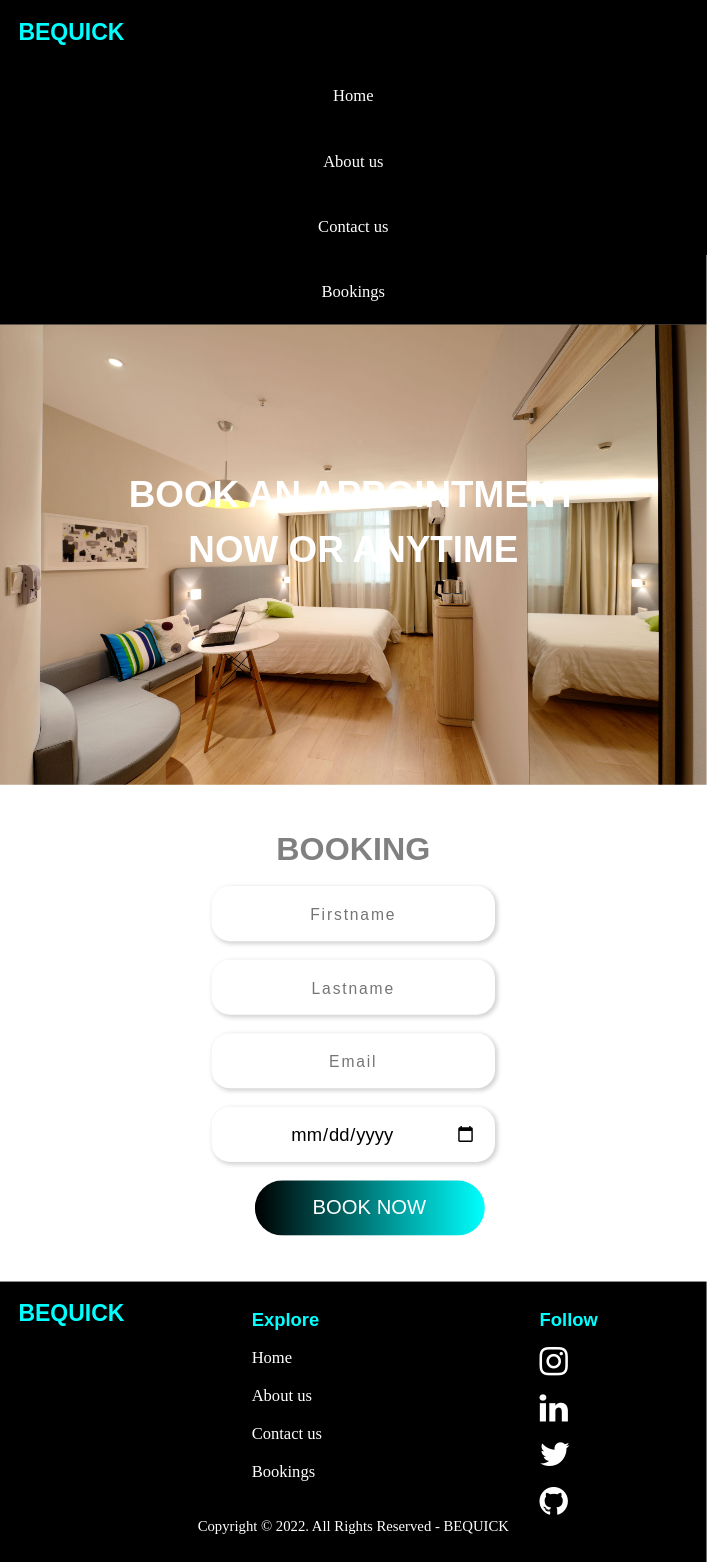
Repository: Ayushi6Sharma/BEQUICK_Hotel_Booking_Web
Page: html/booking.html
These files come from the project's save history. The page is drawn as it stood at one moment and after the next save; the edit follows.
The browser window is 768 px wide. The pictures show the whole page, at 92% of full size.

Above is the page before, as saved 2022-05-12 01:01:54.

### html/booking.html
<!DOCTYPE html>
<html lang="en">
<head>
    <meta charset="UTF-8">
    <meta http-equiv="X-UA-Compatible" content="IE=edge">
    <meta name="viewport" content="width=device-width, initial-scale=1.0">
    <link rel="stylesheet" href="https://stackpath.bootstrapcdn.com/font-awesome/4.7.0/css/font-awesome.min.css" integrity="sha384-wvfXpqpZZVQGK6TAh5PVlGOfQNHSoD2xbE+QkPxCAFlNEevoEH3Sl0sibVcOQVnN" crossorigin="anonymous">
    <link rel="stylesheet" href="../style/style.css">
    <link rel="stylesheet" href="../style/booking.css">
    <link rel="stylesheet" href="../style/mediaqueries.css">
    <title>Bookings</title>
</head>
<body>
    <main>
        <nav class="nav">
            <ul class="nav-list">
                <span class="logo">BEQUICK</span>
                <li><a href="../index.html">Home</a></li>
                <li><a href="aboutus.html">About us</a></li>
                <li><a href="contactus.html">Contact us</a></li>
                <li><a href="booking.html">Bookings</a></li>
            </ul>
        </nav>
        <!-- section 1  -->
        <section class="hotel-booking-image">
            <div class="hotel-main-image-content">
                BOOK AN APPOINTMENT
                <br>NOW OR ANYTIME
            </div>
        </section>

        <!--section 2  -->
        <section>
            <div class="bookingflex">
                <div class="form-heading">BOOKING
                    <div class="contact-form">
                        <form action="#" method="POST">
                            <label for="firstname"></label>
                            <input type="text" name="firstname" id="firstname" placeholder="Firstname" required>
                            <label for="lastname"></label>
                            <input type="text" name="lastname" id="lastname"  placeholder="Lastname" required>
                            <label for="email"></label>
                            <input type="text" name="email" id="email"  placeholder="Email" required>
                            <label for="date"></label>
                            <input type="date" name="date" id="date" min="2021-01-01" required>
                            <button type="submit" class="submit">BOOK NOW</button>
                        </form>
                    </div>
                </div>
            </div>
        </section>

        <!-- footer -->
        <footer>
            <div class="footer">
                <div class="logo" id="footer-logo">BEQUICK</div>
                <div class="footer-flex">
                    <!-- <div class="logo" id="footer-logo">BEQUICK</div> -->
                    <div class="footer-list">
                        <ul class="footer-list-1">
                            <div class="footer-list-heading">Explore</div>
                            <li><a href="../index.html">Home</a></li>
                            <li><a href="aboutus.html">About us</a></li>
                            <li><a href="contactus.html">Contact us</a></li>
                            <li><a href="booking.html">Bookings</a></li>
                        </ul>
                    </div>
                    <!-- <div class="footer-list">
                        <ul class="footer-list-2">
                            <div class="footer-list-heading">Legal</div>
                            <li>Terms</li>
                            <li>Privacy</li>
                        </ul>
                    </div> -->
                    <div class="footer-list">
                        <ul class="footer-list-3">
                            <div class="footer-list-heading">Follow</div>
                            <li>
                                <a href="#"><i class="fa fa-instagram fa-2x"></i></a>
                            </li>
                            <li>
                                <a href="#"><i class="fa fa-linkedin fa-2x"></i></a>
                            </li>
                            <li>
                                <a href="#"><i class="fa fa-twitter fa-2x"></i></a>
                            </li>
                            <li>
                                <a href="#"><i class="fa fa-github fa-2x"></i></a>
                            </li>
                        </ul>
                    </div>
                </div>
                <!-- copyright -->
                <div class="copyright">
                    Copyright &copy; 2022. All Rights Reserved - BEQUICK
                </div>
            </div>
        </footer>
    </main>
</body>
</html>

### style/style.css
*
{
    padding: 0px;
    margin: 0px;
    box-sizing: border-box;
}
/* nav */
.nav
{
    background-color: black;
}
.nav-list
{
    list-style-type:none;
    width: 100%;
    text-align: end;
}
.nav-list > li
{
    display: inline-block;
    padding: 25px;
    font-size: 18px;
}
.nav-list li a
{
    text-decoration: none;
    color:white;
}
.nav-list li a:hover
{
    color: aquamarine;
}
.logo
{
    padding: 20px;
    color:aqua;
    float: left;
    font:bolder 25px sans-serif;
}
/* section 1 */
/* main image */
.hotel-img-2
{
    width: 100%;
    height:500px;
}
.hotel-main-image
{
    background-image:url('../images/hotel-img-5.jpg');
    height:500px;
    width:100%;
    background-size:cover;
    text-align: center;
}
.hotel-main-image-content
{
    padding-top:10%;
    font:bold 45px sans-serif;
    color:white;
    padding-bottom: 2%;
    line-height: 70px;
}
.bookings-btn
{
    width:250px;
    height: 60px;
    background-image:linear-gradient(to right,black,aqua);
    color:white;
    border-radius: 40px;
    text-align: center;
    padding-top: 15px;
    font:25px sans-serif;
    margin:auto;
    cursor:pointer;
}

/* section 2 */
.flex1-container1
{
    display: flex;
    flex-direction: row;
    flex-wrap: wrap;
    margin-top: 40px;
    justify-content: space-around;
    align-content:space-around;
}
.flex1-container1 > div
{
    margin-top:20px;
}
/* Facilities */
.section2-facilities
{
    text-align: center;
    margin-top:50px;
}
.main-facilities
{
    font:bold 60px sans-serif;
}
.main-facilities-lower
{
    font-size: 30px;
    font-style: italic;
    color:grey;
}
.facilities
{
    width:300px;
    height:300px;
    text-align:center;
    border-radius: 40px;
    box-shadow: 3px 2px 10px 1px lightgrey;
}
.facilities i{
    margin-top: 25%;
    color:aqua;
}
.facilities-content
{   margin-top: 30px;
    font: 25px sans-serif;
    color:grey;
}
/* section 3 */
.about{
    margin-top: 50px;
    display: flex;
    flex-wrap: wrap;
}
.about-image
{
    width:90%;
    height:400px;
}
.about-content
{
    background-color:aliceblue;
    color:grey;
    padding: 30px;
}
.about-content-1
{
    font:bold 40px sans-serif;
    font-style: italic;
    margin-top: 30px;
}
.about-content-2
{
    word-wrap: break-word;
    font-size: 20px;
    padding-top: 30px;
    margin-bottom: 20px;
}
.about-btn
{   font:25px sans-serif;
    width:250px;
    height: 60px;
    background-image:linear-gradient(to right,black,aqua);
    color:white;
    border-radius: 40px;
    text-align: center;
    padding-top: 15px;
    border: none;
    margin: auto;
}

/* section 4 */

.flex2-container2
{
    display: flex;
    justify-content: space-around;
    margin-top: 50px;
    text-align: center;
    align-content:space-around;
    flex-wrap: wrap;
}
.location
{
    width:300px;
    height:300px;
    text-align:center;
    border-radius: 40px;
    box-shadow: 3px 2px 10px 1px lightgrey;
}
.location i
{
    color:aqua;
    padding-top: 25%;
}
.location-content
{
    font:22px sans-serif;
    padding-top: 25px;
    color:grey;
}

/* footer */
.footer{
    background-color: black;
}
.footer-flex
{
    display: flex;
    justify-content: space-around;
    margin-top: 50px;
}
.footer-list-heading
{
    font:bold 20px sans-serif;
    color:aqua;
    margin-top:30px;
}
.footer-list  ul li a
{
    list-style-type: none;
    color:white;
    font-size: 20px;
    text-decoration: none;
}
.footer-list-1 >li
{
    padding-top:20px;
}
.footer-list-2 >li
{
    padding-top:20px;
}
.footer-list-3 i
{
    padding-top: 15px;
    color: white;
}
/* copyright */
.copyright
{
    text-align: center;
    color:white;
    font:italic bold sans-serif;
    padding-bottom: 30px;
}
/* media queries */

### style/booking.css
.hotel-booking-image
{
    background-image:url('../images/hotel-img-2.jpg');
    height:500px;
    width:100%;
    background-size:cover;
    text-align: center;
}
.bookingflex
{
    display: flex;
    justify-content: center;
    flex-wrap: wrap;
}
/* forms */
 .form-heading
{
    font-size: 50px;
    font-weight: bold;
    font-family: sans-serif;
    text-align: center;
    margin-top: 50px;
    color:grey;
}

[type="text"],[type="date"]
{
    width:40vw;
    height: 60px;
    border:none;
    outline: none;
    font-size: 20px;
    font-family: sans-serif;
    display: block;
    text-align: center;
    border-radius:20px;
    box-shadow:2px 2px 5px 1px lightgrey;
    margin:20px;
    padding: 20px;
}
/* [type="date"]
{

} */
::placeholder
{
    font-size: 17px;
    letter-spacing: 2px;
}
.submit
{
    width:250px;
    height: 60px;
    background-image:linear-gradient(to right,black,aqua);
    color:white;
    border:none;
    border-radius: 40px;
    text-align: center;
    font-size:25px;
    font-family: sans-serif;
    margin-left:35px;
}
.submit:hover
{
    color:aqua;
    cursor: pointer;
}

### style/mediaqueries.css
/* index.html */
@media screen and (max-width:480px){
    /* index.html */
    .nav-list >li
    {
        width:100%;
        text-align: center;
    }
    .hotel-main-image
    {
        height: 400px;
    }
    .hotel-main-image-content
    {
        font-size:30px;
        line-height: 60px;
    }
    .bookings-btn
    {
        margin-top: 10%;
    }
    .main-facilities
    {
        font-size: 40px;
    }
    .main-facilities-lower
    {
        font-size: 25px;
    }
    .facilities-content
    {
        font-size: 20px;
    }
    .about-image
    {
        width:100%;
    }
    .about-content-1
    {
        font-size: 40px;
        padding-left: 20px;
    }
    .about-content-2
    {
        font-size: 18px;
        text-align: center;
        padding-left: 20px;
    }
    .about-btn
    {
        margin-bottom: 20px;
    }
    .flex2-container2 > div
    {
        margin-top: 20px;
    }
    .location-content
    {
        font-size: 20px;
    }
    .footer-list  ul li a
    {
        font-size: 18px;
    }
    /* about.html */
    .about-header
    {
        font-size: 30px;
        text-align: center;
    }
    .about-content
    {
        font-size: 20px;
    }
    /* contactus.html */
    .contact-info-heading
    {
        font-size: 25px;
    }
    .contact-info-heading > div
    {
        font-size: 20px;
    }
    /* booking */
    .form-heading
    {
        font-size: 35px;
    }
    .submit
    {
        width:200px;
        font-size: 20px; ;
    }
}
@media screen and (min-width:480px) and (max-width:768px){
    .nav-list >li
    {
        width:100%;
        text-align: center;
    }

    .hotel-main-image-content
    {
        font-size:40px;
        line-height: 60px;
        padding-top: 20%;
    }
    .bookings-btn
    {
        margin-top: 5%;
    }
    .main-facilities
    {
        font-size: 40px;
    }
    .main-facilities-lower
    {
        font-size: 25px;
    }
    .facilities-content
    {
        font-size: 20px;
    }
    .about-image
    {
        width:100%;
    }
    .about-content-1
    {
        font-size: 40px;
        margin: auto;
    }
    .about-content-2
    {
        font-size: 18px;
        text-align: center;
        padding-left: 20px;
    }
    .about-btn
    {
        margin-bottom: 20px;
    }
    .flex2-container2 > div
    {
        margin-top: 20px;
    }
    .location-content
    {
        font-size: 20px;
    }
    .footer-list  ul li a
    {
        font-size: 18px;
    }
     /* about.html */
     .about-header
     {
         font-size: 30px;
         text-align: center;
     }
     .about-content
     {
         font-size: 20px;
     }

     /* contactus.html */
     .contact-info-heading
     {
         font-size: 25px;
     }
     .contact-info-heading > div
    {
        font-size: 20px;
    }
    .form-heading
    {
        font-size: 35px;
    }
    .submit
    {
        width:250px;
        font-size: 22px; ;
    }

}
@media screen and (min-width:769px) and (max-width:1200px)
{
    .about-content
    {
        margin: auto;
    }
    .mid-about-image
    {
        margin: auto;
    }
    .flex2-container2 > div
    {
        margin-top: 20px;
    }
    .contact-info-heading
    {
        font-size: 25px;
    }
}

After the next save:
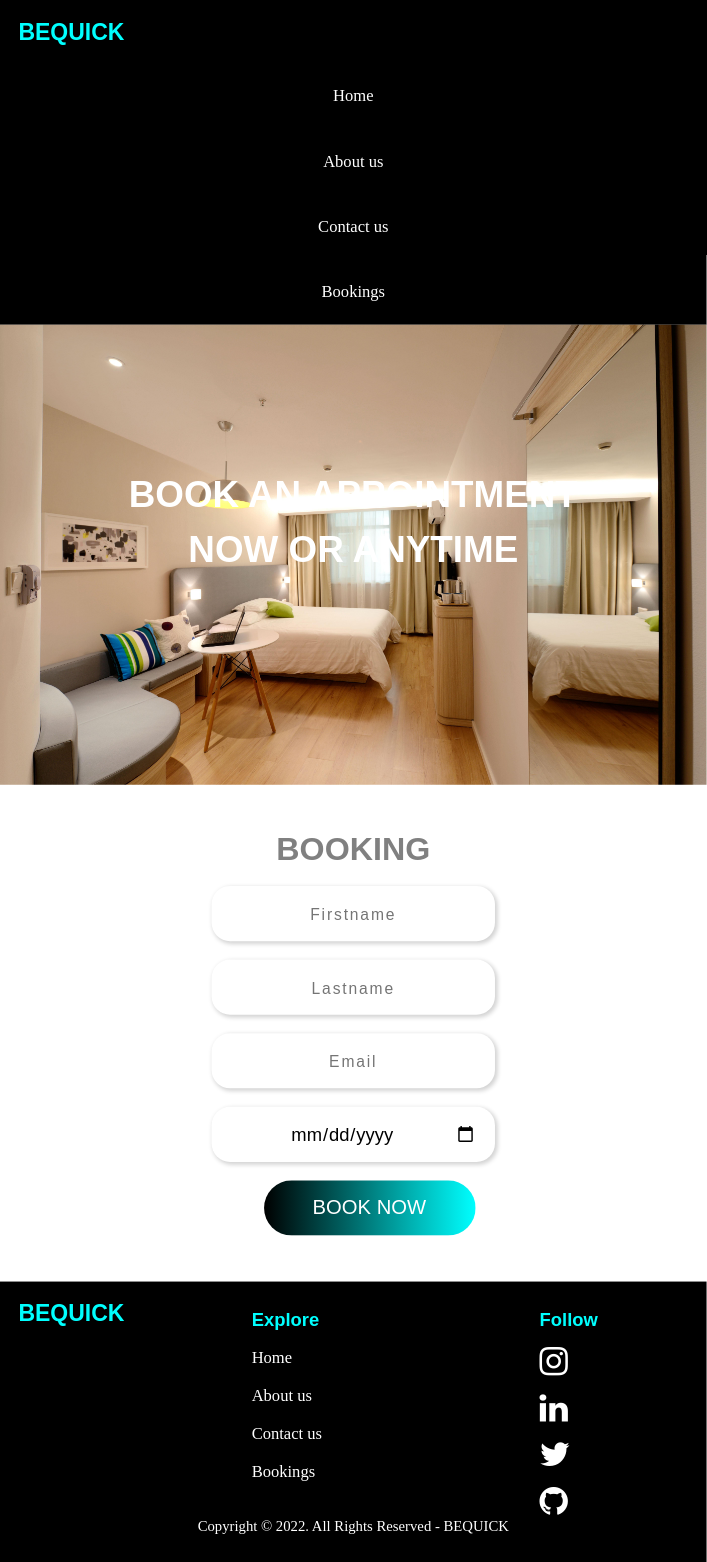
Saved 24 s later.
--- a/style/mediaqueries.css
+++ b/style/mediaqueries.css
@@ -178,7 +178,7 @@
     }
     .submit
     {
-        width:250px;
+        width:230px;
         font-size: 22px; ;
     }
 
